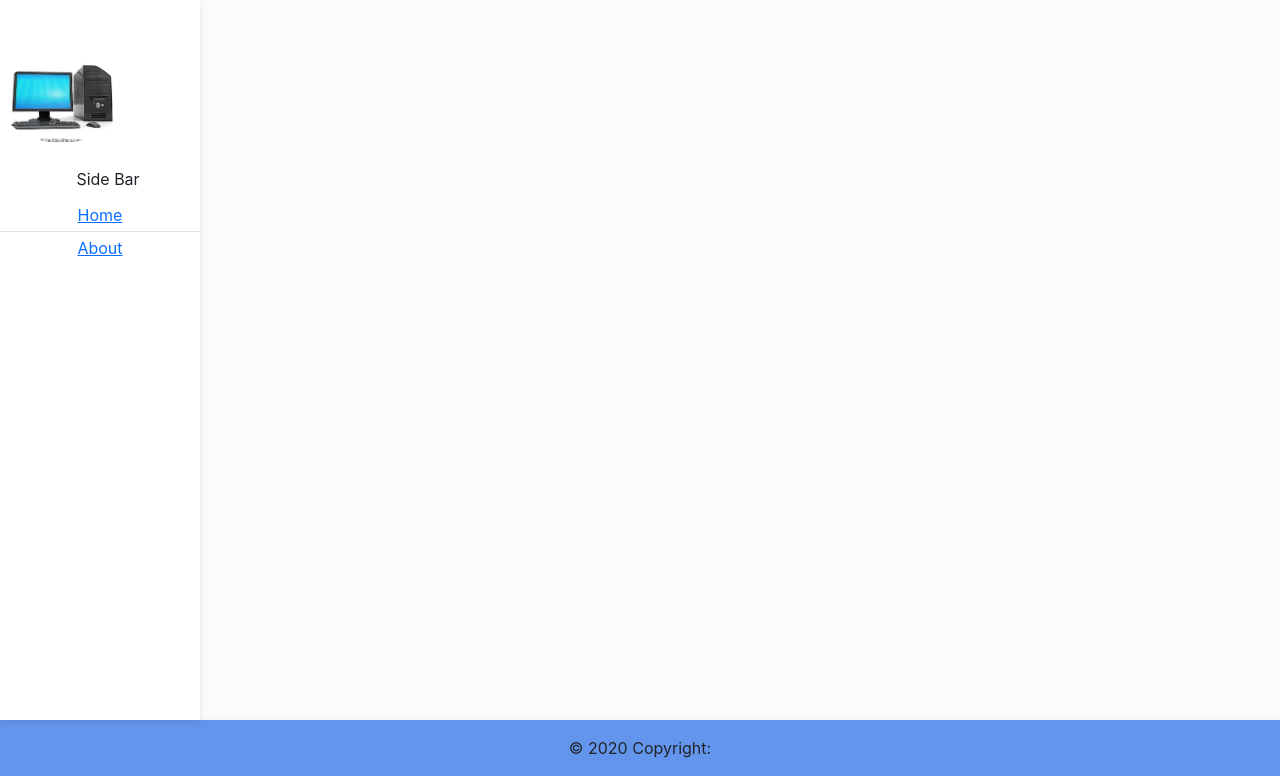
Repository: Sakshamccna/React
Page: /
These files come from the project's save history. The page is drawn as it stood at one moment and after the next save; the edit follows.
The browser window is 1280 px wide. The pictures show the whole page.
The project was rebuilt for these pictures with package versions that can differ from the ones it lists, and the page was loaded fresh each time. Also part of the build but not shown: src/Components/Home.tsx, src/Components/About.tsx.

Above is the page before, as saved 2022-12-26 11:48:57.

### public/index.html
<!DOCTYPE html>
<html lang="en">

<head>
  <meta charset="utf-8" />
  <link rel="icon" href="%PUBLIC_URL%/favicon.ico" />
  <meta name="viewport" content="width=device-width, initial-scale=1" />
  <meta name="theme-color" content="#000000" />
  <meta name="description" content="Web site created using create-react-app" />
  <link rel="apple-touch-icon" href="%PUBLIC_URL%/logo192.png" />
  <!--
      manifest.json provides metadata used when your web app is installed on a
      user's mobile device or desktop. See https://developers.google.com/web/fundamentals/web-app-manifest/
    -->
  <link rel="manifest" href="%PUBLIC_URL%/manifest.json" />
  <link href="https://cdn.jsdelivr.net/npm/bootstrap@5.2.3/dist/css/bootstrap.min.css" rel="stylesheet"
    integrity="sha384-rbsA2VBKQhggwzxH7pPCaAqO46MgnOM80zW1RWuH61DGLwZJEdK2Kadq2F9CUG65" crossorigin="anonymous">
  <!--
      Notice the use of %PUBLIC_URL% in the tags above.
      It will be replaced with the URL of the `public` folder during the build.
      Only files inside the `public` folder can be referenced from the HTML.

      Unlike "/favicon.ico" or "favicon.ico", "%PUBLIC_URL%/favicon.ico" will
      work correctly both with client-side routing and a non-root public URL.
      Learn how to configure a non-root public URL by running `npm run build`.
    -->
  <title>React App</title>
</head>

<body>
  <noscript>You need to enable JavaScript to run this app.</noscript>
  <div id="root"></div>
  <!--
      This HTML file is a template.
      If you open it directly in the browser, you will see an empty page.

      You can add webfonts, meta tags, or analytics to this file.
      The build step will place the bundled scripts into the <body> tag.

      To begin the development, run `npm start` or `yarn start`.
      To create a production bundle, use `npm run build` or `yarn build`.
    -->
</body>
<script src="https://cdn.jsdelivr.net/npm/bootstrap@5.2.3/dist/js/bootstrap.bundle.min.js"
  integrity="sha384-kenU1KFdBIe4zVF0s0G1M5b4hcpxyD9F7jL+jjXkk+Q2h455rYXK/7HAuoJl+0I4" crossorigin="anonymous"></script>

</html>

### src/App.tsx
import React from 'react';
import logo from './logo.svg';
import './App.css';
import { BrowserRouter, Routes, Route } from 'react-router-dom';
import Headers from './Components/Headers';

import Footers from './Components/Footers';
import Sidebar from './Components/Sidebar';
import Home from './Components/Home';
import About from './Components/About';

function App() {
  return (
    <div className="App">
      <BrowserRouter>

        <Routes>
          <Route path="/Header" element={<Headers />} />
          <Route path="/" element={<Sidebar />} />
          <Route path="/Sidebar/" element={<Sidebar />}>
            <Route path="Home" element={<Home />} />
            <Route path="About" element={<About />} />
          </Route>






        </Routes>

      </BrowserRouter>
      <Footers />



    </div >
  );
}

export default App;

### src/Components/Footers.tsx
import React from 'react'
import "./footer.css"

function Footers() {
    return (
        <footer className="footer">


            <div className="footer-copyright text-center py-3">© 2020 Copyright:

            </div>



        </footer>
    )
}

export default Footers

### src/Components/Sidebar.tsx
import React from 'react'
import { Link, useNavigate } from "react-router-dom";
import "./sidebar.css"

function Sidebar() {
    return (
        <>
            <nav id="sidebarMenu" className=" d-lg-block navbar-expand-lg navbar-light sidebar bg-white">


                <p
                    className="nav-link d-flex align-items-center center">
                    <img


                        src="hello.jpg"
                        className="rounded-circle"
                        height="85"
                        alt="Avatar"
                        loading="lazy"
                    />
                </p>

                <a
                    className="list-group-item list-group-item-action py-2 ripple"
                    aria-current="true"
                    data-mdb-toggle="collapse"
                    href="#collapseExample1"
                    aria-expanded="true"
                    aria-controls="collapseExample1"
                >
                    <i className="fas fa-tachometer-alt fa-fw me-3"></i><span>Side Bar</span>
                </a>

                <ul id="collapseExample1" className="collapse show list-group list-group-flush">
                    <li className="list-group-item py-1">
                        < Link to="/Sidebar/Home" > Home</Link >
                    </li>
                    <li className="list-group-item py-1">
                        < Link to="/Sidebar/About" > About</Link >
                    </li>

                </ul>
            </nav>

        </>
    )
}

export default Sidebar

### src/Components/footer.css
.footer {
    margin-top: 100vh;
    box-shadow: 0 2px 5px 0 rgb(0 0 0 / 5%), 0 2px 10px 0 rgb(0 0 0 / 5%);
    background-color: #6495ED;
}

### src/Components/sidebar.css
body {
    background-color: #fbfbfb;
}




.sidebar {
    position: fixed;
    top: 0;
    bottom: 0;
    left: 0;
    padding: 58px 0 0;

    box-shadow: 0 2px 5px 0 rgb(0 0 0 / 5%), 0 2px 10px 0 rgb(0 0 0 / 5%);
    width: 200px;
    z-index: 600;
}

### src/Components/Headers.tsx
import React from 'react'
import "./Header.css"

function Headers() {
    return (
        <>
            <nav className="navbar sticky-top navbar-lig bg-dark topnav-right">

                <div className="topnav-right">
                    <div className="d-flex justify-content-center mx-4 ">
                        <button type="button" className="btn btn-light btn-lg">logout</button>
                    </div>

                </div>
            </nav>
        </>
    )
}

export default Headers

### src/Components/Header.css
.topnav-right {
    display: flex;
    justify-content: flex-end;
}

Loaded but not shown: src/index.tsx (common file); src/index.css (common file); src/reportWebVitals.ts (common file); src/App.css (common file)

After the next save:
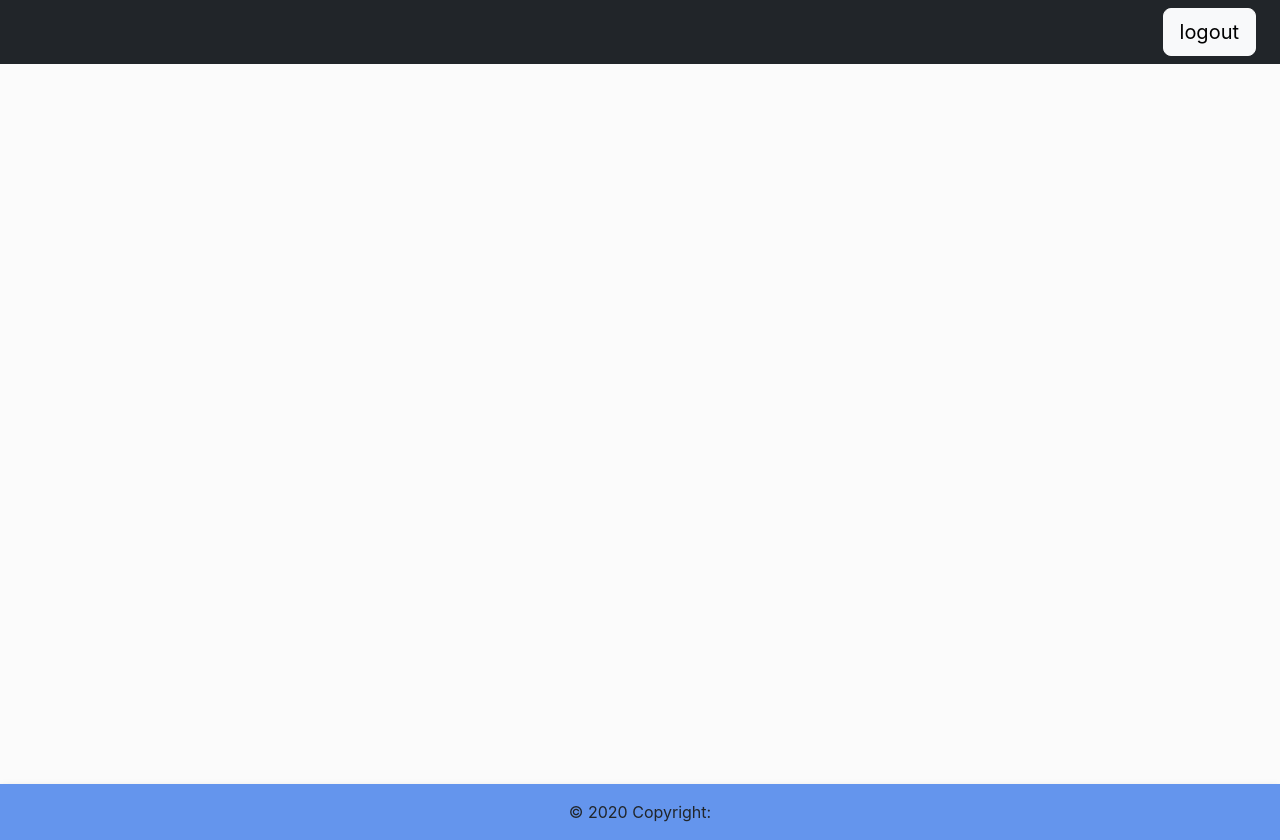
Saved 91 s later.
--- a/src/App.tsx
+++ b/src/App.tsx
@@ -15,12 +15,14 @@
       <BrowserRouter>
 
         <Routes>
-          <Route path="/Header" element={<Headers />} />
-          <Route path="/" element={<Sidebar />} />
-          <Route path="/Sidebar/" element={<Sidebar />}>
-            <Route path="Home" element={<Home />} />
-            <Route path="About" element={<About />} />
+          <Route path="/" element={<Headers />} >
+
+            <Route path="/Sidebar/" element={<Sidebar />}>
+              <Route path="Home" element={<Home />} />
+              <Route path="About" element={<About />} />
+            </Route>
           </Route>
+
 
 
 

After the save that followed:
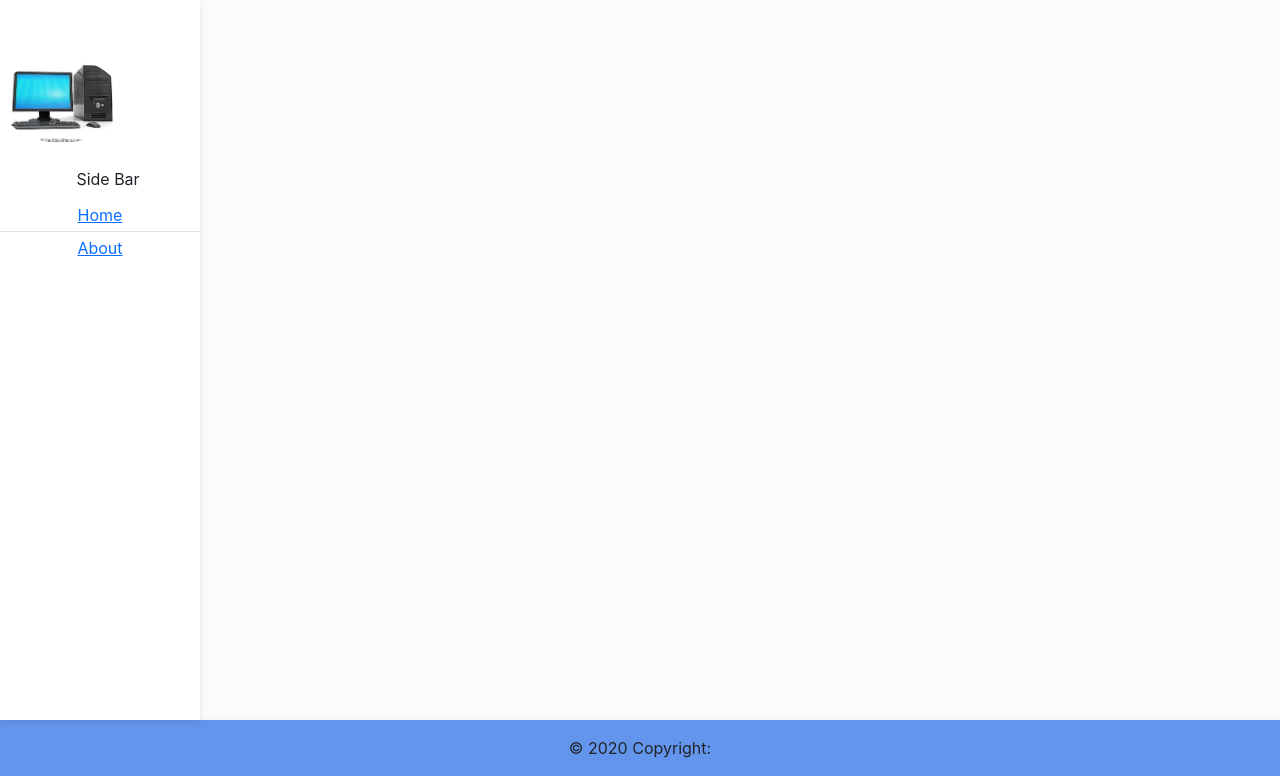
Saved 2 min 2 s later.
--- a/src/App.tsx
+++ b/src/App.tsx
@@ -15,14 +15,12 @@
       <BrowserRouter>
 
         <Routes>
-          <Route path="/" element={<Headers />} >
-
-            <Route path="/Sidebar/" element={<Sidebar />}>
-              <Route path="Home" element={<Home />} />
-              <Route path="About" element={<About />} />
-            </Route>
+          <Route path="/Header" element={<Headers />} />
+          <Route path="/" element={<Sidebar />} />
+          <Route path="/Sidebar/" element={<Sidebar />}>
+            <Route path="Home" element={<Home />} />
+            <Route path="About" element={<About />} />
           </Route>
-
 
 
 
